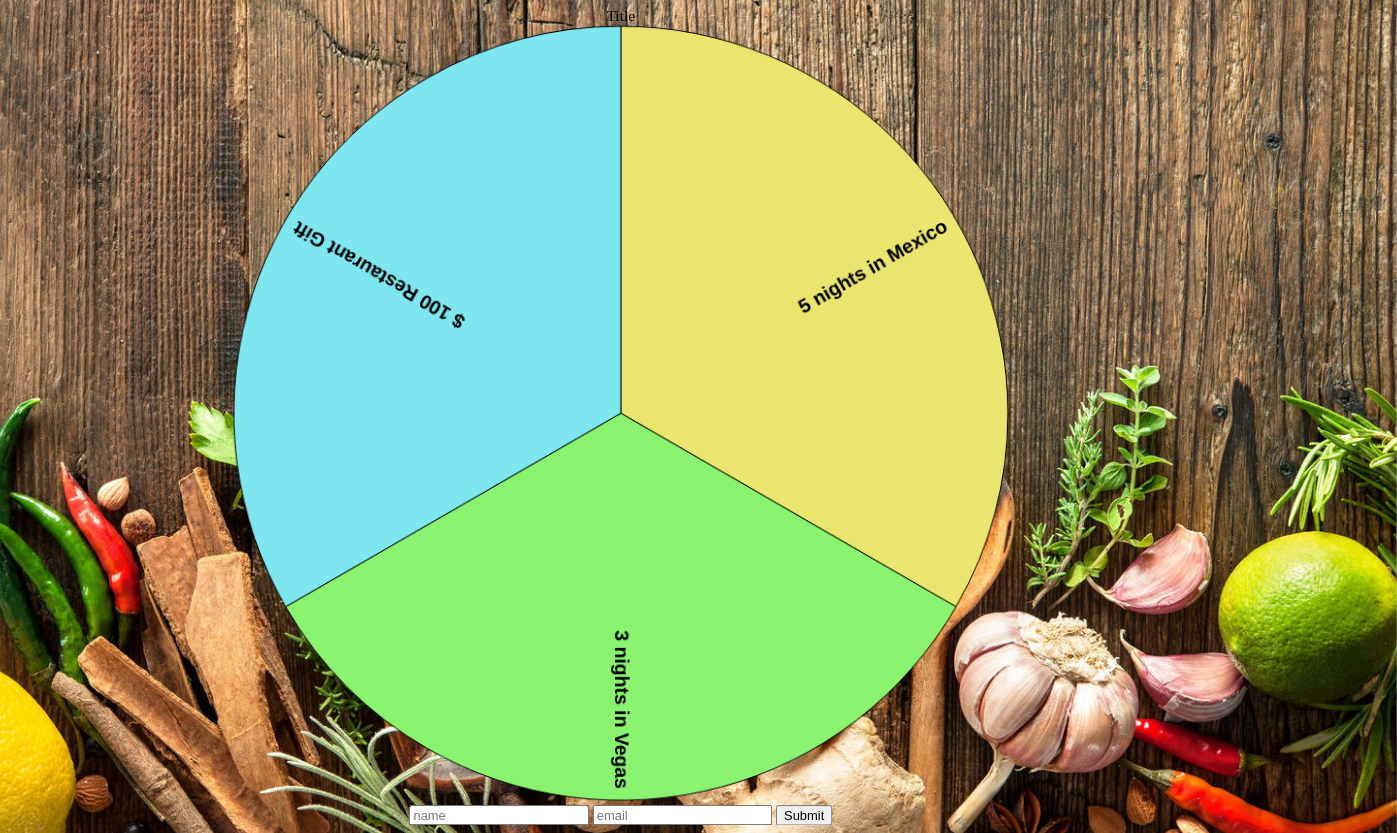
Repository: 43320888/upwork
Page: index.html
These files come from the project's save history. The page is drawn as it stood at one moment and after the next save; the edit follows.
The browser window is 1280 px wide. The page is 1440 px wide, so the pictures cover 1440 px, including what lies to the right of the window. The pictures show the whole page, at 97% of full size.

Above is the page before, as saved 2019-01-16 20:35:37.

After the next save:
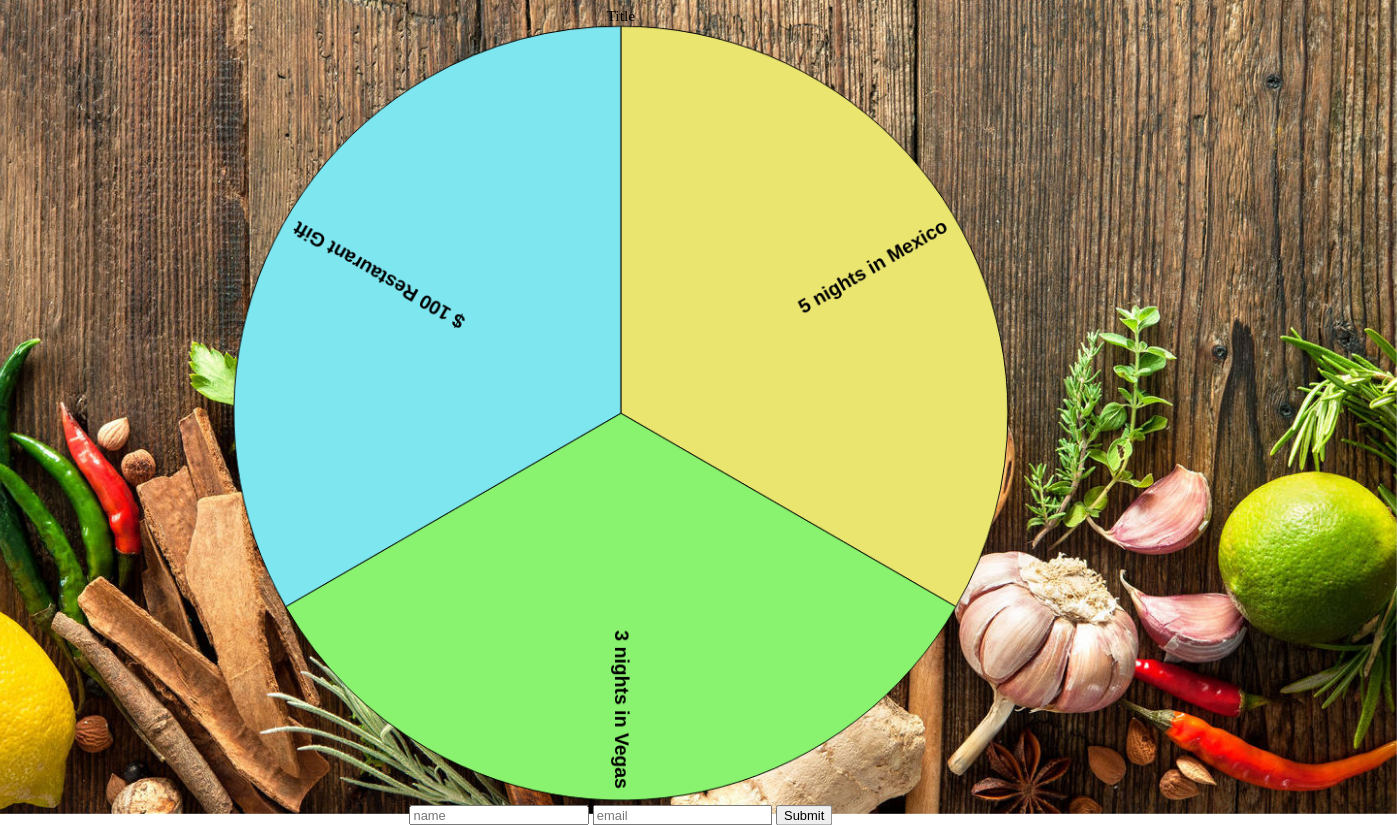
Saved 20 s later.
--- a/script.js
+++ b/script.js
@@ -12,4 +12,4 @@ const theWheel3 = new Winwheel({
 });
 
 
-document.getElementsByClassName('spin-table')[0].style.height = `${document.documentElement.clientheight}px`;
+document.getElementsByClassName('spin-table')[0].style.height = `${document.documentElement.clientHeight}px`;
